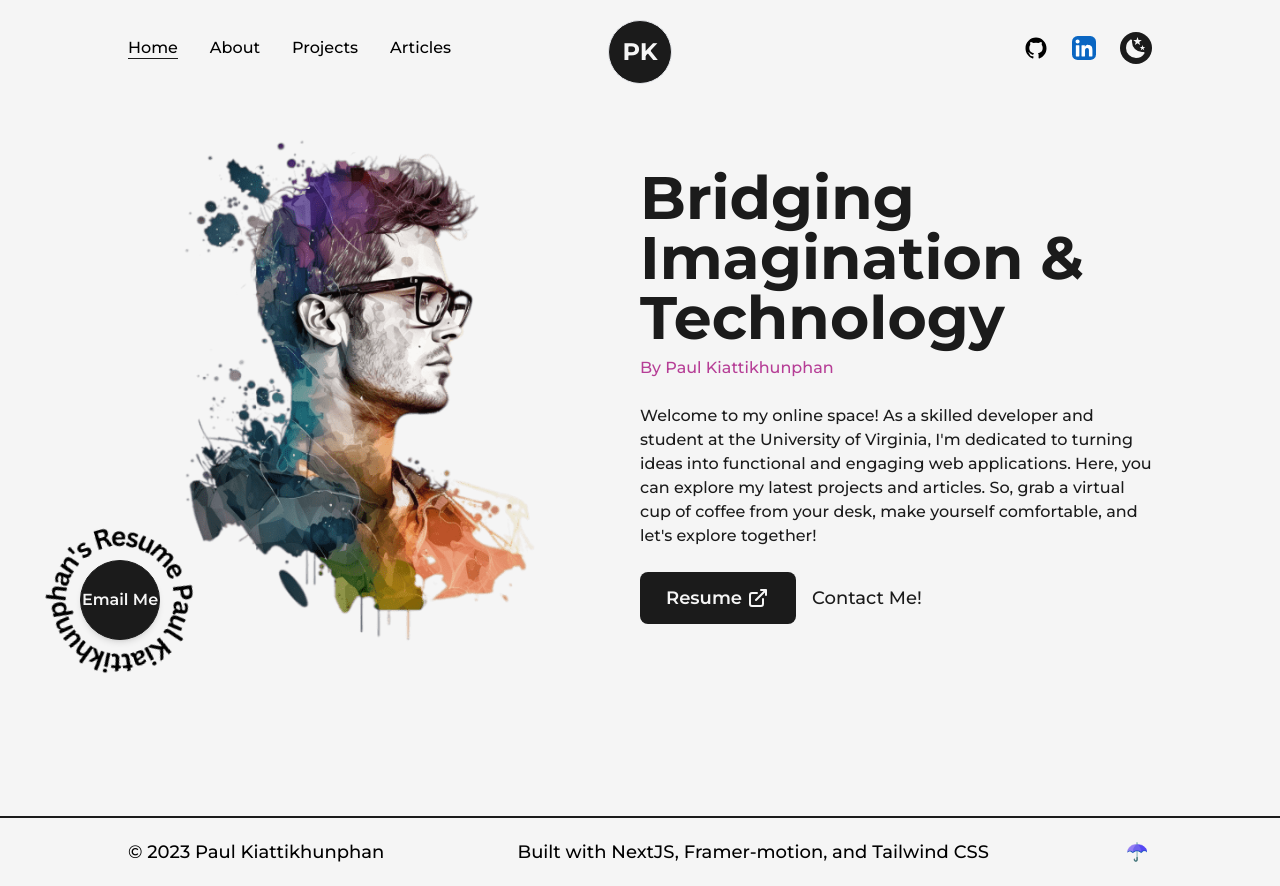
Repository: Paul2002feb/Kiattikhunphan_Resume
Page: /
An editor plug-in stored every save of this project. The page is shown before and after the next save, followed by the edit.
The browser window is 1280 px wide. The pictures show the whole page.
The project was rebuilt for these pictures with package versions that can differ from the ones it lists, and the page was loaded fresh each time. The framework's server and built-in components were replaced by stand-ins that run in the browser. Also part of the build but not shown: next.config.js.

Above is the page before, as saved 2023-08-23 17:37:42.

### src/pages/_app.js
import "@/styles/globals.css";
import { Main } from "next/document";
import { Montserrat } from "next/font/google";
import Head from "next/head";
import NavBar from "@/components/NavBar";
import Footer from "@/components/Footer";
import { AnimatePresence } from "framer-motion";
import { useRouter } from "next/router";

// to use font we have to initialize it
const montserrat = Montserrat({
  subsets: ["latin"],
  variable: "--font-mont",
});

export default function App({ Component, pageProps }) {
  const router = useRouter();
  return (
    <>
      <Head>
        <meta name="viewport" content="width=device-width, initial-scale=1" />
        <link rel="icon" href="/favicon.ico" />
      </Head>
      <main
        className={`${montserrat.variable} font-mont bg-light dark:bg-dark w-full min-h-screen`}
      >
        {/* the bg-light uses the background light variable in tailwind.config.js */}
        <NavBar />
        <AnimatePresence mode="wait">
          <Component key={router.asPath} {...pageProps} />
        </AnimatePresence>

        <Footer />
      </main>
    </>
  );
}

### src/pages/_document.js
import { Html, Head, Main, NextScript } from "next/document";
import Script from "next/script";

export default function Document() {
  return (
    <Html lang="en">
      <Head />
      <body>
        <Script id="theme-switcher" strategy="beforeInteractive">
        {`
 if (
  localStorage.getItem('theme') === 'dark' ||
  (!('theme' in localStorage) &&
    window.matchMedia('(prefers-color-scheme: dark)').matches)
) {
  document.documentElement.classList.add('dark');
} else {
  document.documentElement.classList.remove('dark');
}
  `}
        </Script>
        <Main />
        <NextScript />
      </body>
    </Html>
  );
}

### src/pages/index.js
import Layout from "@/components/Layout";
import Head from "next/head";
import profilePic from "../../public/images/profile/developer-pic-1.png";
import Image from "next/image";
import AnimatedText from "@/components/AnimatedText";
import Link from "next/link";
import { LinkArrow } from "@/components/Icons";
import HireMe from "@/components/HireMe";
import TransitionEffect from "@/components/TransitionEffect";
// import Image from "next/image";
// import { Inter } from "next/font/google";
// import styles from "@/styles/Home.module.css";

// const inter = Inter({ subsets: ["latin"] });

export default function Home() {
  return (
    <>
      <Head>
        <title>Paul Kiattikhunphan</title>
        <meta name="description" content="Generated by create next app" />
        <link rel="icon" href="/PK.ico" />
      </Head>
      <TransitionEffect />
      <main className="flex items-center text-dark w-full min-h-screen dark:text-light">
        <Layout className="pt-0 md:p-16 sm:pt-8">
          <div className="flex items-center justify-between w-full lg:flex-col">
            <div className="w-1/2 md:w-full">
              {/* //profile picture is here: */}
              <Image
                src={profilePic}
                alt="Paul"
                className="w-full h-auto lg:hidden md:inline-block md:w-full"
                //priority attribute, when true image is considered high priority and preloads. Everytime we refresh, the image will reloads

                priority
                //sizes attribute
                sizes="(max-width: 768px) 100vw, (max-width: 1200px) 50vw, 33vw"
              />
            </div>
            <div className="w-1/2 flex flex-col item-center self-center lg:w-full lg:text-center">
              {/* pass in text that we want to animate */}
              <AnimatedText
                text="Bridging Imagination & Technology"
                className="!text-6xl !text-left xl:!text-5xl lg:!text-center lg:!text-6xl md:!text-5xl sm:!3xl"
              />
              <p className="mt-0 mb-2 text-base font-medium md:text-sm sm:text-xs text-primary dark:text-primaryDark">
                By Paul Kiattikhunphan
              </p>
              <p className="my-4 text-base font-medium md:text-sm sm:text-xs">
                Welcome to my online space! As a skilled developer and student
                at the University of Virginia, I'm dedicated to turning ideas
                into functional and engaging web applications. Here, you can
                explore my latest projects and articles. So, grab a virtual cup
                of coffee from your desk, make yourself comfortable, and let's
                explore together!
              </p>
              {/* Resume Button  */}
              <div className="flex items-center self-start mt-2 lg:self-center">
                <Link
                  href="/Kiattikhunphan_Resume.pdf"
                  target={"_blank"}
                  //download={true} makes it so that it downloads to the downloads folder
                  className="flex items-center bg-dark text-light p-2.5 px-6 rounded-lg text-lg font-semibold hover:bg-light hover:text-dark border-2 border-solid border-transparent hover:border-dark dark:text-dark dark:bg-light hover:dark:bg-dark hover:dark:text-light hover:dark:border-light md:p-2 mx:px-4 md:text-base"
                  download={true}
                >
                  Resume
                  <LinkArrow className={"w-6 ml-1"}></LinkArrow>
                </Link>
                {/* Contact me Button */}
                <Link
                  href="mailto:ppk6chf@virginia.edu"
                  target={"_blank"}
                  className="ml-4 text-lg font-medium capitalize text-dark dark:text-light md:text-base"
                >
                  Contact Me!
                </Link>
              </div>
            </div>
          </div>
        </Layout>
        <HireMe />
      </main>
    </>
  );
}

### src/components/Footer.js
import React from "react";
import Layout from "./Layout";
import Link from "next/link";

const Footer = () => {
  return (
    <footer className="w-full border-t-2 border-solid border-dark font-medium text-lg dark:text-light dark:border-light">
      <Layout className="py-5 flex items-center justify-between">
        {/* displays the date  */}
        <span> &copy; {new Date().getFullYear()} Paul Kiattikhunphan</span>
        <div className="flex items-center sm:hidden md:hidden ">
          Built with NextJS, Framer-motion, and Tailwind CSS
        </div>
        <span className="text-primary dark:text-primaryDark text2x-l px-1 ">
          &#x2602;
        </span>
      </Layout>
    </footer>
  );
};

export default Footer;

### src/components/Layout.js
import React from "react";

const Layout = ({ children, className }) => {
  return (
    <div
      className={`w-full h-full inline-block z-0 bg-light p-32 dark:bg-dark xl:p-24 lg:p-16 md:p-12 sm:p-8 ${className}`}
    >
      {children}
    </div>
  );
};

export default Layout;

### src/components/AnimatedText.js
import React from "react";
import { motion, stagger } from "framer-motion";

//animated the "Turning vision part" this makes it appear in 1s
const quote = {
  initial: { opacity: 1 },
  animate: {
    opacity: 1,
    transition: {
      delay: 0.3,
      staggerChildren: 0.1,
    },
  },
};

const singleWord = {
  initial: { opacity: 0, y: 50 },
  animate: {
    opacity: 1,
    y: 0,
    transition: {
      duration: 1,
    },
  },
};

// 2 inputs text and className
const AnimatedText = ({ text, className = "" }) => {
  return (
    <div className="w-full mx-auto py-2 flex items-center justify-center text-center overflow-hidden sm:py-0">
      <motion.h1
        className={`text-8x1 inline-block w-full text-green font-bold capitalize text-8xl dark:text-light ${className}`}
        variants={quote}
        // initial and animate take the values above
        initial="initial"
        animate="animate"
      >
        {text.split(" ").map((word, index) => (
          <motion.span
            key={word + "_" + index}
            className="inline-block"
            variants={singleWord}
            // no need to initialize this.
            // initial="initial"
            // animate="animate"
          >
            {word}&nbsp;
          </motion.span>
        ))}
      </motion.h1>
    </div>
  );
};

export default AnimatedText;

### src/components/HireMe.js
import React from "react";
import { CircularText } from "./Icons";
import Link from "next/link";

const HireMe = () => {
  return (
    <div className="fixed left-0 bottom-0 flex items-center justify-center overflow-hidden md:right-8 md:left-auto md:top-0 md:bottom-auto md:absolute sm:right-0">
      <div className="w-60 h-auto flex items-center justify-center relative md:w-40">
        <CircularText
          className={"fill-dark animate-spin-slow dark:fill-light"}
        />

        <Link
          href="mailto:ppk6chf@virginia.edu"
          className="flex items-center justify-center absolute left-1/2 top-1/2 -translate-x-1/2 -translate-y-1/2 bg-dark text-light shadow-md border border-solid border-dark w-20 h-20 rounded-full font-semibold hover:bg-light hover:text-dark
          dark:text-dark dark:bg-light hover:dark:bg-dark hover:dark:text-light hover:dark:border-light md:w-12 md:h-12 md:text-[9px] "
        >
          Email Me
        </Link>
      </div>
    </div>
  );
};

export default HireMe;

### src/components/TransitionEffect.js
import React from "react";
import { motion } from "framer-motion";

const TransitionEffect = () => {
  return (
    //React Fragment
    <>
      <motion.div
        className="fixed top-0 bottom-0 right-full w-screen h-screen z-30 bg-dark dark:bg-light"
        initial={{ x: "100%", width: "100%" }}
        animate={{ x: "0%", width: "0%" }}
        //using AnimatePresence from Framer Motion
        exit={{ x: ["0%", "100%"], width: ["0%", "100%"] }}
        transition={{ duration: 0.8, ease: "easeInOut" }}
      />
      <motion.div
        className="fixed top-0 bottom-0 right-full w-screen h-screen z-20 bg-light dark:bg-dark"
        initial={{ x: "100%", width: "100%" }}
        animate={{ x: "0%", width: "0%" }}
        transition={{ delay: 0.2, duration: 0.8, ease: "easeInOut" }}
      />
      <motion.div
        className="fixed top-0 bottom-0 right-full w-screen h-screen z-10 bg-dark dark:bg-light"
        initial={{ x: "100%", width: "100%" }}
        animate={{ x: "0%", width: "0%" }}
        transition={{ delay: 0.4, duration: 0.8, ease: "easeInOut" }}
      />
    </>
  );
};

export default TransitionEffect;

### src/components/Logo.js
import React from "react";
import Link from "next/link";
import { motion } from "framer-motion";


// framer motion to change color of PK LOGO
// pass in link component
const MotionLink = motion(Link)

// most of the time we can just use div.m
//motion.div
const Logo = () => {
  return (
    <div className="flex items-center justify-center mt-2">
      {/* when someone clicks on the Logo, it redirects them to the home page */}
      {/* this is the PK LOGO */}
      <MotionLink
        href="/"
        className="w-16 h-16 bg-dark text-light flex items-center justify-center rounded-full text-2xl font-bold border border-solid dark:border-light"
        // This makes the scales the logo bigger.
        whileHover={{
          backgroundColor:["#121212", "rgba(131,58,180,1)","rgba(253,29,29,1)","rgba(252,176,69,1)","rgba(131,58,180,1)", "#121212"],
          transition: {duration:1, repeat: Infinity}
        }}
      >
        PK
      </MotionLink>
    </div>
  );
};

export default Logo;

### src/components/Hooks/useThemeSwitcher.js
import React, { useEffect, useState } from "react";

const useThemeSwitcher = () => {
  // used to detect color scheme
  const preferDarkQuery = "(prefers=color-scheme: dark)";
  //React Hook
  const [mode, setMode] = useState("");

  useEffect(() => {
    const mediaQuery = window.matchMedia(preferDarkQuery);
    const userPref = window.localStorage.getItem("theme");

    // listens for any change
    const handleChange = () => {
      if (userPref) {
        let check = userPref === "dark" ? "dark" : "light";
        setMode(check);
        if (check === "dark") {
          document.documentElement.classList.add("dark");
        } else {
          document.documentElement.classList.remove("dark");
        }
      } else {
        let check = mediaQuery.matches ? "dark" : "light";
        setMode(check);
        if (check === "dark") {
          document.documentElement.classList.add("dark");
        } else {
          document.documentElement.classList.remove("dark");
        }
      }
    };
    handleChange();
    mediaQuery.addEventListener("change", handleChange);
    return () => mediaQuery.removeEventListener("change", handleChange);
  }, []);

  //update values in local storage
  useEffect(() => {
    //setting the theme if dark
    if (mode === "dark") {
      window.localStorage.setItem("theme", "dark");
      document.documentElement.classList.add("dark");
      //else remove dark theme
    }
    if (mode === "light") {
      // adding this makes it so that if you refresh on dark theme, it is still dark theme. if you want to go back to light theme after refreshed then just use "else" statement
      window.localStorage.setItem("theme", "light");
      document.documentElement.classList.remove("dark");
    }
  }, [mode]);

  return [mode, setMode];
};

export default useThemeSwitcher;

### tailwind.config.js
/** @type {import('tailwindcss').Config} */
const { fontFamily } = require("tailwindcss/defaultTheme");

module.exports = {
  content: [
    "./app/**/*.{js,ts,jsx,tsx}",
    "./pages/**/*.{js,ts,jsx,tsx}",
    "./components/**/*.{js,ts,jsx,tsx}",
    // Or if using `src` directory:
    "./src/**/*.{js,ts,jsx,tsx}",
  ],
  darkMode: "class",
  theme: {
    extend: {
      fontFamily: {
        mont: ["var(--font-mont)", ...fontFamily.sans],
      },
      colors: {
        dark: "#1b1b1b",
        light: "#f5f5f5",
        primary: "#B63E96", // 240,86,199 #F056C7
        primaryDark: "#58E6D9", // 80,230,217
      },
      animation: {
        "spin-slow": "spin 8s linear infinite",
      },
      backgroundImage: {
        circularLight:
          "repeating-radial-gradient(rgba(0,0,0,0.4) 2px,#f5f5f5 5px,#f5f5f5 100px)",
        circularDark:
          "repeating-radial-gradient(rgba(255,255,255,0.5) 2px,#1b1b1b 8px,#1b1b1b 100px)",
        circularLightLg:
          "repeating-radial-gradient(rgba(0,0,0,0.4) 2px,#f5f5f5 5px,#f5f5f5 80px)",

        circularDarkLg:
          "repeating-radial-gradient(rgba(255,255,255,0.5) 2px,#1b1b1b 8px,#1b1b1b 80px)",
        circularLightMd:
          "repeating-radial-gradient(rgba(0,0,0,0.4) 2px,#f5f5f5 5px,#f5f5f5 60px)",

        circularDarkMd:
          "repeating-radial-gradient(rgba(255,255,255,0.5) 2px,#1b1b1b 8px,#1b1b1b 60px)",

        circularLightSm:
          "repeating-radial-gradient(rgba(0,0,0,0.4) 2px,#f5f5f5 5px,#f5f5f5 40px)",

        circularDarkSm:
          "repeating-radial-gradient(rgba(255,255,255,0.5) 2px,#1b1b1b 8px,#1b1b1b 40px)",
      },
      boxShadow: {
        "3xl": "0 15px 15px 1px rgba(80,230,217, 0.4)",
      },
    },
    screens: {
      "2xl": { max: "1535px" },
      // => @media (max-width: 1535px) { ... }

      xl: { max: "1279px" },
      // => @media (max-width: 1279px) { ... }

      lg: { max: "1023px" },
      // => @media (max-width: 1023px) { ... }

      md: { max: "767px" },
      // => @media (max-width: 767px) { ... }

      sm: { max: "639px" },
      // => @media (max-width: 639px) { ... }

      xs: { max: "479px" },
      // => @media (max-width: 479px) { ... }
    },
  },
  plugins: [
    function ({ addVariant }) {
      addVariant("child", "& > *");
      addVariant("child-hover", "& > *:hover");
    },
  ],
};

Loaded but not shown: src/styles/globals.css (common file); src/components/Icons.js (707 lines, source omitted); src/components/Navbar.js (291 lines, source omitted)

After the next save:
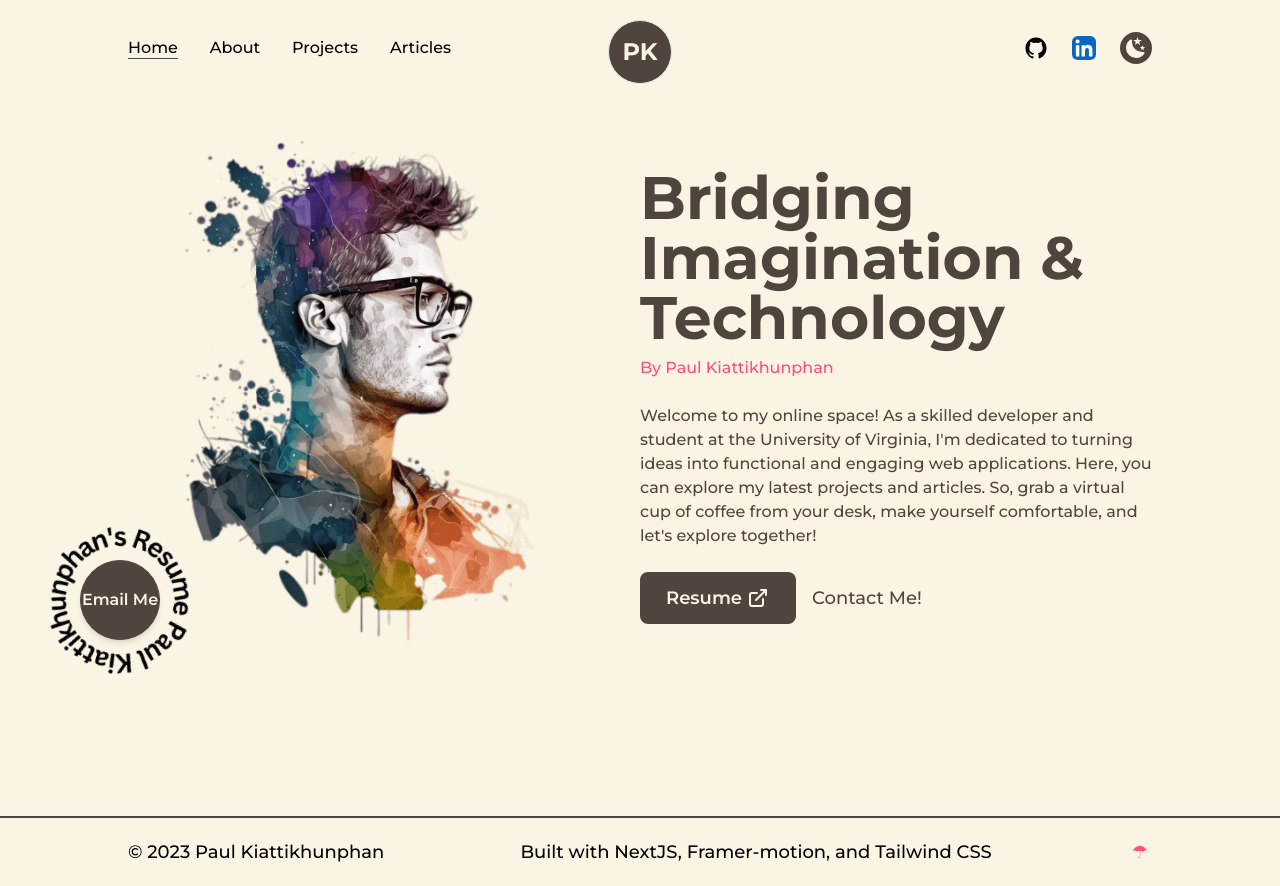
Saved 13 s later.
--- a/tailwind.config.js
+++ b/tailwind.config.js
@@ -1,55 +1,30 @@
 /** @type {import('tailwindcss').Config} */
+
 const { fontFamily } = require("tailwindcss/defaultTheme");
 
 module.exports = {
   content: [
-    "./app/**/*.{js,ts,jsx,tsx}",
-    "./pages/**/*.{js,ts,jsx,tsx}",
-    "./components/**/*.{js,ts,jsx,tsx}",
     // Or if using `src` directory:
-    "./src/**/*.{js,ts,jsx,tsx}",
+    "./src/**/*.{js,ts,jsx,tsx,mdx}",
   ],
   darkMode: "class",
   theme: {
     extend: {
       fontFamily: {
-        mont: ["var(--font-mont)", ...fontFamily.sans],
+        mont: ["var(--font-mont)"],
+        // mono: ['var(--font-roboto-mono)'],
       },
       colors: {
-        dark: "#1b1b1b",
-        light: "#f5f5f5",
-        primary: "#B63E96", // 240,86,199 #F056C7
-        primaryDark: "#58E6D9", // 80,230,217
+        dark: "#50453c",
+        light: "#faf4e5",
+        primary: "#FF4F79",
+        primaryDark: "#00BBF9",
       },
       animation: {
-        "spin-slow": "spin 8s linear infinite",
-      },
-      backgroundImage: {
-        circularLight:
-          "repeating-radial-gradient(rgba(0,0,0,0.4) 2px,#f5f5f5 5px,#f5f5f5 100px)",
-        circularDark:
-          "repeating-radial-gradient(rgba(255,255,255,0.5) 2px,#1b1b1b 8px,#1b1b1b 100px)",
-        circularLightLg:
-          "repeating-radial-gradient(rgba(0,0,0,0.4) 2px,#f5f5f5 5px,#f5f5f5 80px)",
-
-        circularDarkLg:
-          "repeating-radial-gradient(rgba(255,255,255,0.5) 2px,#1b1b1b 8px,#1b1b1b 80px)",
-        circularLightMd:
-          "repeating-radial-gradient(rgba(0,0,0,0.4) 2px,#f5f5f5 5px,#f5f5f5 60px)",
-
-        circularDarkMd:
-          "repeating-radial-gradient(rgba(255,255,255,0.5) 2px,#1b1b1b 8px,#1b1b1b 60px)",
-
-        circularLightSm:
-          "repeating-radial-gradient(rgba(0,0,0,0.4) 2px,#f5f5f5 5px,#f5f5f5 40px)",
-
-        circularDarkSm:
-          "repeating-radial-gradient(rgba(255,255,255,0.5) 2px,#1b1b1b 8px,#1b1b1b 40px)",
-      },
-      boxShadow: {
-        "3xl": "0 15px 15px 1px rgba(80,230,217, 0.4)",
+        "spin-slow": "spin 7s linear infinite",
       },
     },
+    //making it responsive by including breakpoints
     screens: {
       "2xl": { max: "1535px" },
       // => @media (max-width: 1535px) { ... }
@@ -70,10 +45,5 @@ module.exports = {
       // => @media (max-width: 479px) { ... }
     },
   },
-  plugins: [
-    function ({ addVariant }) {
-      addVariant("child", "& > *");
-      addVariant("child-hover", "& > *:hover");
-    },
-  ],
+  plugins: [],
 };
